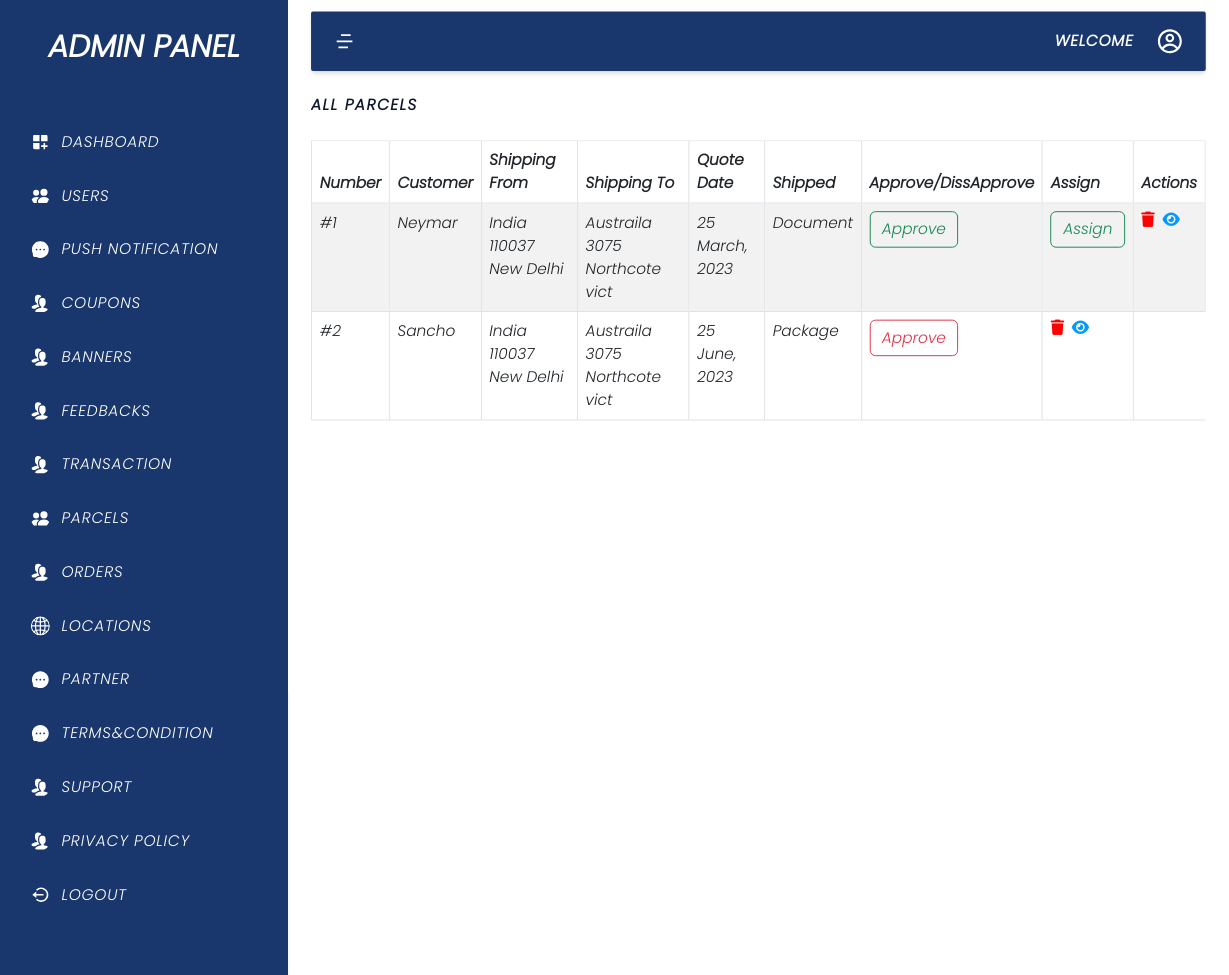
Repository: FlyweisReact/sarita
Page: /astro
The author's editor kept a copy of each file at every save. The page is drawn from the files as they stood at one save, then again after the next save.
The browser window is 1280 px wide. The pictures show the whole page, at 96% of full size.
Some web libraries are served in a nearby version. The project was rebuilt for these pictures with package versions that can differ from the ones it lists, and the page was loaded fresh each time. Also part of the build but not shown: src/vendorPanel/forms/VendorLogin.jsx, src/vendorPanel/pages/AdminDiscount.js, src/vendorPanel/pages/AdminReview.js, src/vendorPanel/pages/Banners.js, src/vendorPanel/pages/Booking.js, src/vendorPanel/pages/Horoscope.js, src/vendorPanel/pages/Kundli.js, src/vendorPanel/pages/Message.js and 8 more.

Above is the page before, as saved 2023-04-19 13:18:25.

After the next save:
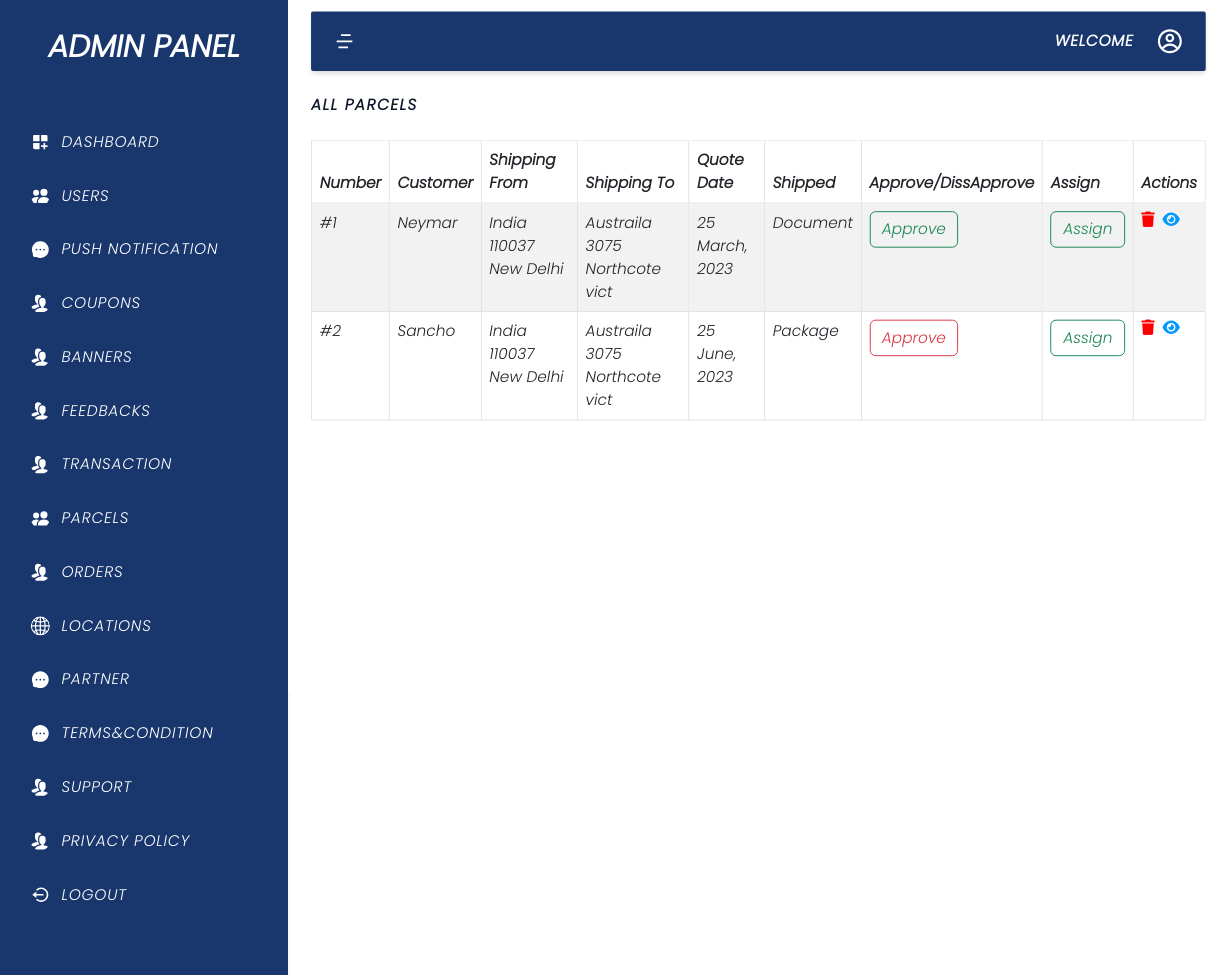
Saved 10 s later.
--- a/src/vendorPanel/pages/Astrologers.js
+++ b/src/vendorPanel/pages/Astrologers.js
@@ -18,18 +18,21 @@ const Astrologers = () => {
         centered
       >
         <Modal.Header closeButton>
-          <Modal.Title id="contained-modal-title-vcenter" style={{textTransform : 'uppercase'}}>
+          <Modal.Title
+            id="contained-modal-title-vcenter"
+            style={{ textTransform: "uppercase" }}
+          >
             Add Astrologer
           </Modal.Title>
         </Modal.Header>
         <Modal.Body>
           <Form>
-           <Form.Select className="mb-3">
-            <option>--Select --</option>
-            <option>R9</option>
-            <option>CR7</option>
-            <option></option>
-           </Form.Select>
+            <Form.Select className="mb-3">
+              <option>--Select --</option>
+              <option>R9</option>
+              <option>CR7</option>
+              <option></option>
+            </Form.Select>
             <Button variant="outline-success" type="submit">
               Submit
             </Button>
@@ -49,7 +52,10 @@ const Astrologers = () => {
         centered
       >
         <Modal.Header closeButton>
-          <Modal.Title id="contained-modal-title-vcenter" style={{textTransform : 'uppercase'}}>
+          <Modal.Title
+            id="contained-modal-title-vcenter"
+            style={{ textTransform: "uppercase" }}
+          >
             View Quote
           </Modal.Title>
         </Modal.Header>
@@ -57,23 +63,23 @@ const Astrologers = () => {
           <Container>
             <p className="View">
               {" "}
-              <strong>Customer :  </strong> Sancho{" "}
+              <strong>Customer : </strong> Sancho{" "}
             </p>
             <p className="View">
               {" "}
-              <strong> Shipping From :  </strong> India 110037 New Delhi{" "}
+              <strong> Shipping From : </strong> India 110037 New Delhi{" "}
             </p>
             <p className="View">
               {" "}
-              <strong> Shipping To :  </strong> Australia  3075 Northcote
+              <strong> Shipping To : </strong> Australia 3075 Northcote
             </p>
             <p className="View">
               {" "}
-              <strong> What is getting Shipped :  </strong> Document {" "}
+              <strong> What is getting Shipped : </strong> Document{" "}
             </p>
             <p className="View">
               {" "}
-              <strong>  Weight : </strong> 60 Grams{" "}
+              <strong> Weight : </strong> 60 Grams{" "}
             </p>
             <p className="View">
               {" "}
@@ -81,7 +87,7 @@ const Astrologers = () => {
             </p>
             <p className="View">
               {" "}
-              <strong> Width :  </strong> 40 {" "}
+              <strong> Width : </strong> 40{" "}
             </p>
             <p className="View">
               {" "}
@@ -89,20 +95,17 @@ const Astrologers = () => {
             </p>
             <p className="View">
               {" "}
-              <strong> Quantity :  </strong> 2{" "}
+              <strong> Quantity : </strong> 2{" "}
             </p>
             <p className="View">
               {" "}
-              <strong> Shipment Value :  </strong>  $50{" "}
+              <strong> Shipment Value : </strong> $50{" "}
             </p>
-
           </Container>
         </Modal.Body>
       </Modal>
     );
   }
-
-
 
   return (
     <>
@@ -136,18 +139,18 @@ const Astrologers = () => {
             </thead>
             <tbody>
               <tr>
-              <td>#1</td>
-              <td>Neymar</td>
-              <td>India 110037 New Delhi</td>
-              <td>Austraila 3075 Northcote vict</td>
-              <td>25 March, 2023</td>
-              <td>Document</td>
-              <td>
-                <Button variant="outline-success">Approve</Button>
-              </td>
-              <td>
-                <Button variant="outline-success">Assign</Button>
-              </td>
+                <td>#1</td>
+                <td>Neymar</td>
+                <td>India 110037 New Delhi</td>
+                <td>Austraila 3075 Northcote vict</td>
+                <td>25 March, 2023</td>
+                <td>Document</td>
+                <td>
+                  <Button variant="outline-success">Approve</Button>
+                </td>
+                <td>
+                  <Button variant="outline-success">Assign</Button>
+                </td>
                 <td>
                   <span className="d-flex gap-2">
                     <i className="fa-solid fa-trash" />
@@ -159,16 +162,18 @@ const Astrologers = () => {
                 </td>
               </tr>
               <tr>
-              <td>#2</td>
-              <td>Sancho</td>
-              <td>India 110037 New Delhi</td>
-              <td>Austraila 3075 Northcote vict</td>
-              <td>25 June, 2023</td>
-              <td>Package</td>
-      <td>
-      <Button variant="outline-danger">Approve</Button>
-
-      </td>
+                <td>#2</td>
+                <td>Sancho</td>
+                <td>India 110037 New Delhi</td>
+                <td>Austraila 3075 Northcote vict</td>
+                <td>25 June, 2023</td>
+                <td>Package</td>
+                <td>
+                  <Button variant="outline-danger">Approve</Button>
+                </td>
+                <td>
+                  <Button variant="outline-success">Assign</Button>
+                </td>
                 <td>
                   <span className="d-flex gap-2">
                     <i className="fa-solid fa-trash" />
